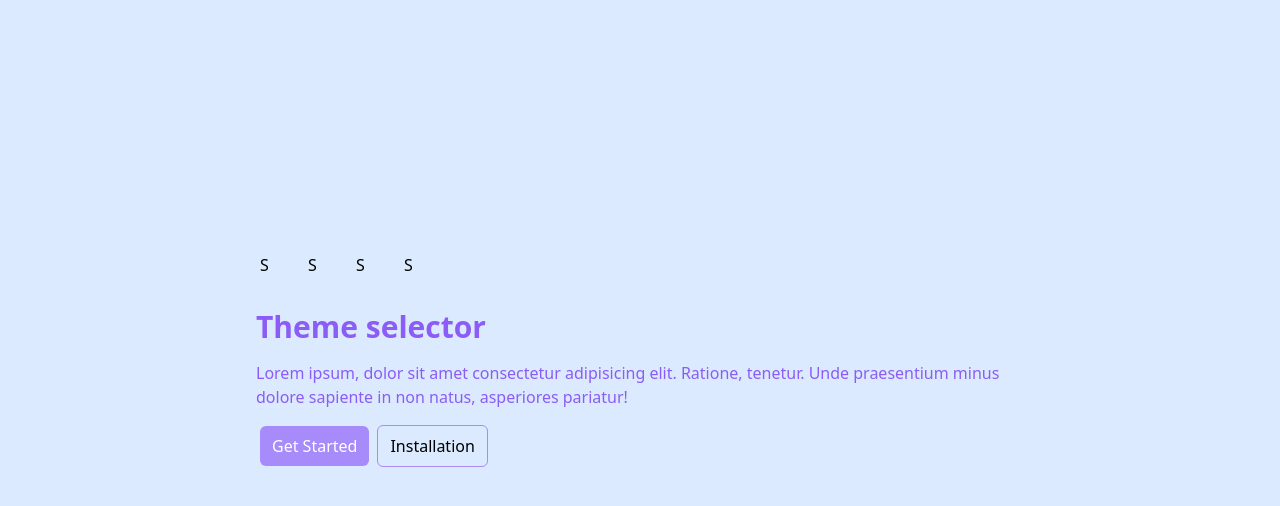
Repository: prince-bansal/tailwind-theme-switcher
Page: /
These files come from the project's save history. The page is drawn as it stood at one moment and after a run of saves; the edit follows.
The browser window is 1280 px wide. The pictures show the whole page.
The project was rebuilt for these pictures with package versions that can differ from the ones it lists, and the page was loaded fresh each time. Also part of the build but not shown: vite.config.ts, src/index.css.

Above is the page before, as saved 2024-03-17 19:57:28.

After the next 2 saves:
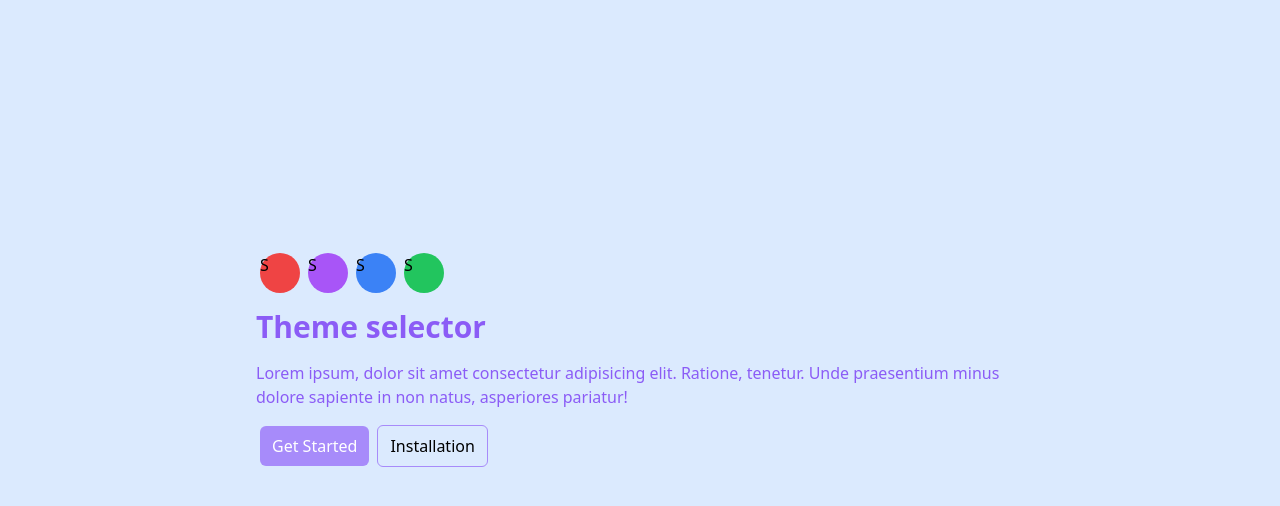
The 2 saves are shown as one change because they came seconds apart.
The last was saved 45 s later.
--- a/src/App.tsx
+++ b/src/App.tsx
@@ -1,7 +1,16 @@
 import { useState } from "react";
 import "./App.css";
 
-const getClass = (color: string) => `bg-${color}-500`;
+const getClass = (color: string) => {
+  switch(color){
+    case 'red': return 'bg-red-500';
+    case 'green': return 'bg-green-500';
+    case 'blue': return 'bg-blue-500';
+    case 'purple': return 'bg-purple-500'
+    default:
+      return "green";
+  }
+};
 
 function App() {
   const [theme, setTheme] = useState("red");
